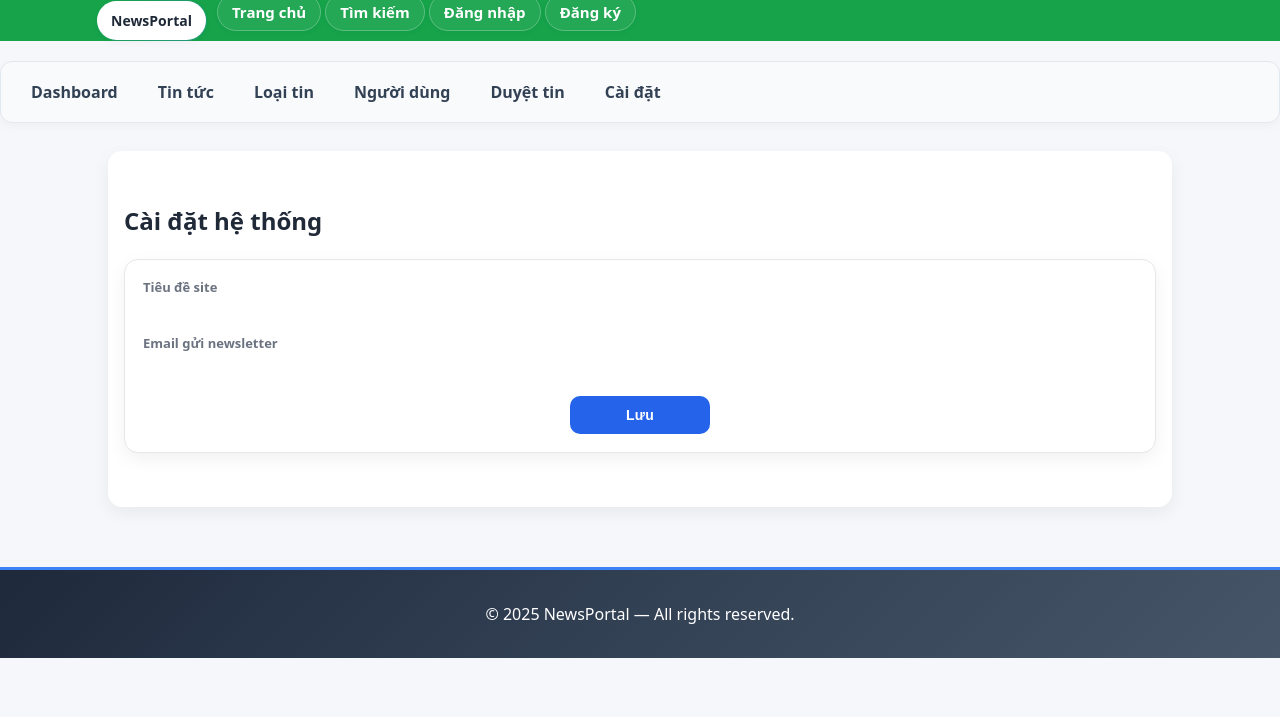
Repository: minhtvpy00202-git/Assignment_PY00202_MinhTV
Page: http://localhost/NewsPortal_PY00202/WEB-INF/views/admin/settings.jsp
The author's editor kept a copy of each file at every save. The page is drawn from the files as they stood at one save, then again after the next save.
The browser window is 1280 px wide. The pictures show the whole page.
The page is served by Tomcat 10. Nobody is signed in. The template is opened directly, without the code that normally fills it, so the values that code supplies are empty.

Above is the page before, as saved 2025-10-09 11:52:17.

After the next save:
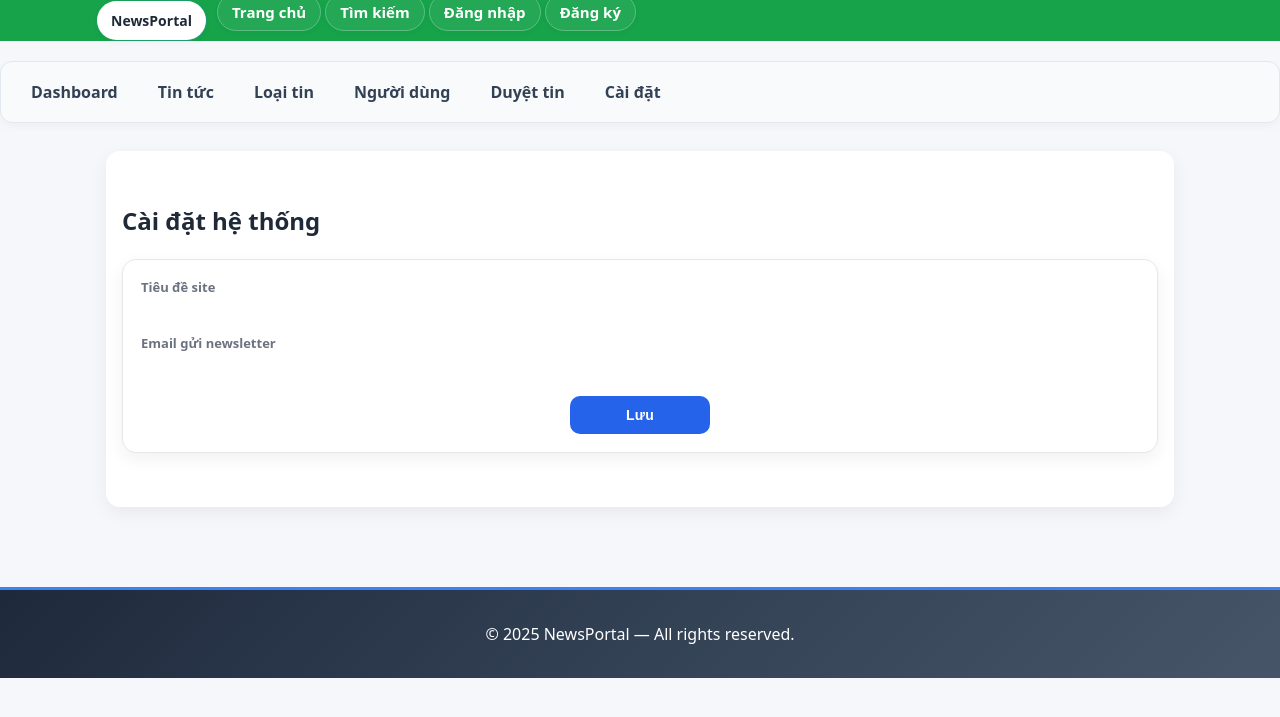
Saved 22 s later.
--- a/Assignment_NewsPortal/NewsPortal_PY00202/src/main/webapp/WEB-INF/views/admin/settings.jsp
+++ b/Assignment_NewsPortal/NewsPortal_PY00202/src/main/webapp/WEB-INF/views/admin/settings.jsp
@@ -4,7 +4,7 @@
 <jsp:include page="../layout/admin-sidebar.jsp"/>
 <link rel="stylesheet" href="${pageContext.request.contextPath}/assets/css/admin-users.css">
 
-<main class="container">
+<main class="container admin-main">
   <section class="content">
     <h1>Cài đặt hệ thống</h1>
     <form class="form" method="post" action="${pageContext.request.contextPath}/admin/settings/save">
